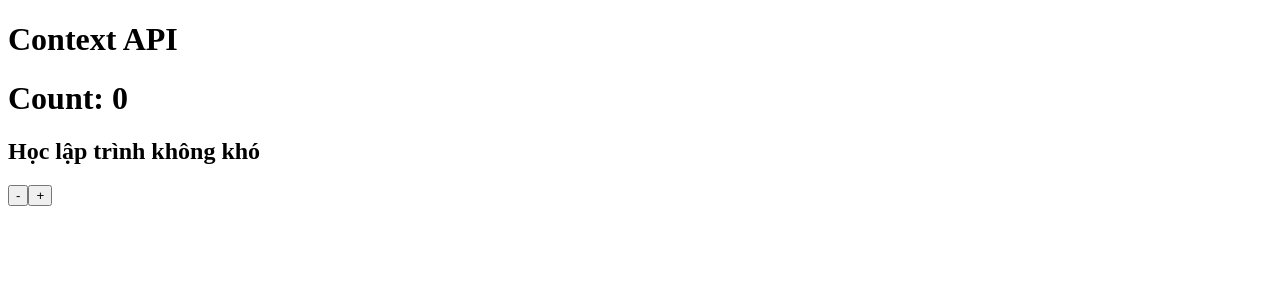
Repository: hungtuan/reactjs-k4-fullstack
Page: / (app in react-03/)
These files come from the project's save history. The page is drawn as it stood at one moment and after the next save; the edit follows.
The browser window is 1280 px wide. The pictures show the whole page.
The project was rebuilt for these pictures with package versions that can differ from the ones it lists, and the page was loaded fresh each time. Also part of the build but not shown: react-03/vite.config.js.

Above is the page before, as saved 2023-11-15 14:34:57.

After the next save:
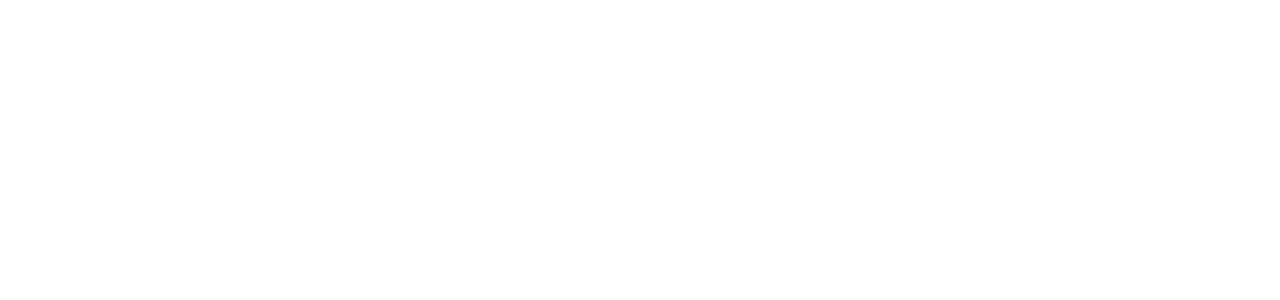
Console error: ReferenceError: handleAdd is not defined
Saved 50 s later.
--- a/react-03/src/components/Count.jsx
+++ b/react-03/src/components/Count.jsx
@@ -8,8 +8,8 @@
     <div>
       <h1>Count: {data.count}</h1>
       <h2>{data.message}</h2>
-      <button>-</button>
-      <button>+</button>
+      <button onClick={handleAdd}>-</button>
+      <button onClick={handleIncrement}>+</button>
     </div>
   );
 };

After the 2 saves that followed:
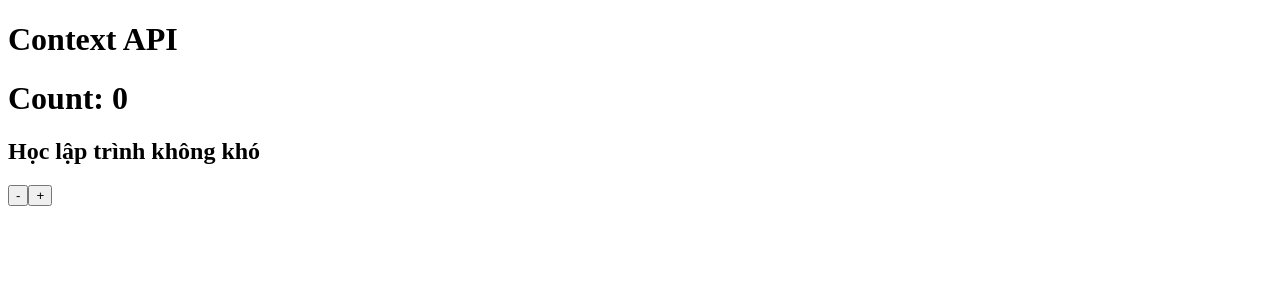
The error is gone.
The 2 saves are shown as one change because 1 left the picture as it was.
The last was saved 91 s later.
--- a/react-03/src/components/Count.jsx
+++ b/react-03/src/components/Count.jsx
@@ -4,12 +4,23 @@
   const { data } = useContext(AppContext);
   console.log(data);
   const [count, setCount] = useState(data.count);
+  const handleInc = () => {
+    setCount((count) => {
+      count - 1;
+    });
+  };
+
+  const handleAdd = () => {
+    setCount((count) => {
+      count + 1;
+    });
+  };
   return (
     <div>
-      <h1>Count: {data.count}</h1>
+      <h1>Count: {count}</h1>
       <h2>{data.message}</h2>
-      <button onClick={handleAdd}>-</button>
-      <button onClick={handleIncrement}>+</button>
+      <button onClick={handleInc}>-</button>
+      <button onClick={handleAdd}>+</button>
     </div>
   );
 };
